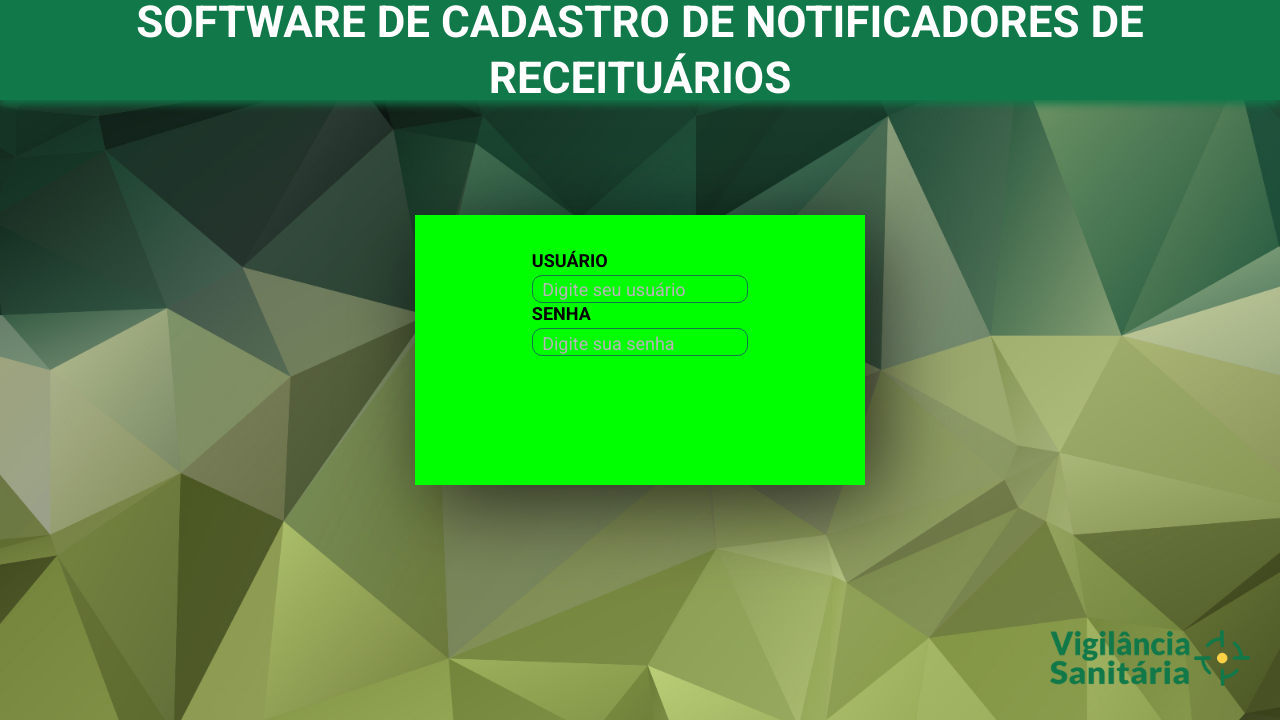
Repository: milena-rosa/web-prescription-notifier
Page: /
The author's editor kept a copy of each file at every save. The page is drawn from the files as they stood at one save, then again after the next save.
The browser window is 1280 px wide. The pictures show the whole page.
The project was rebuilt for these pictures with package versions that can differ from the ones it lists, and the page was loaded fresh each time. Also part of the build but not shown: src/pages/Home/styles.ts, src/pages/Home/index.tsx.

Above is the page before, as saved 2021-11-07 13:24:02.

After the next save:
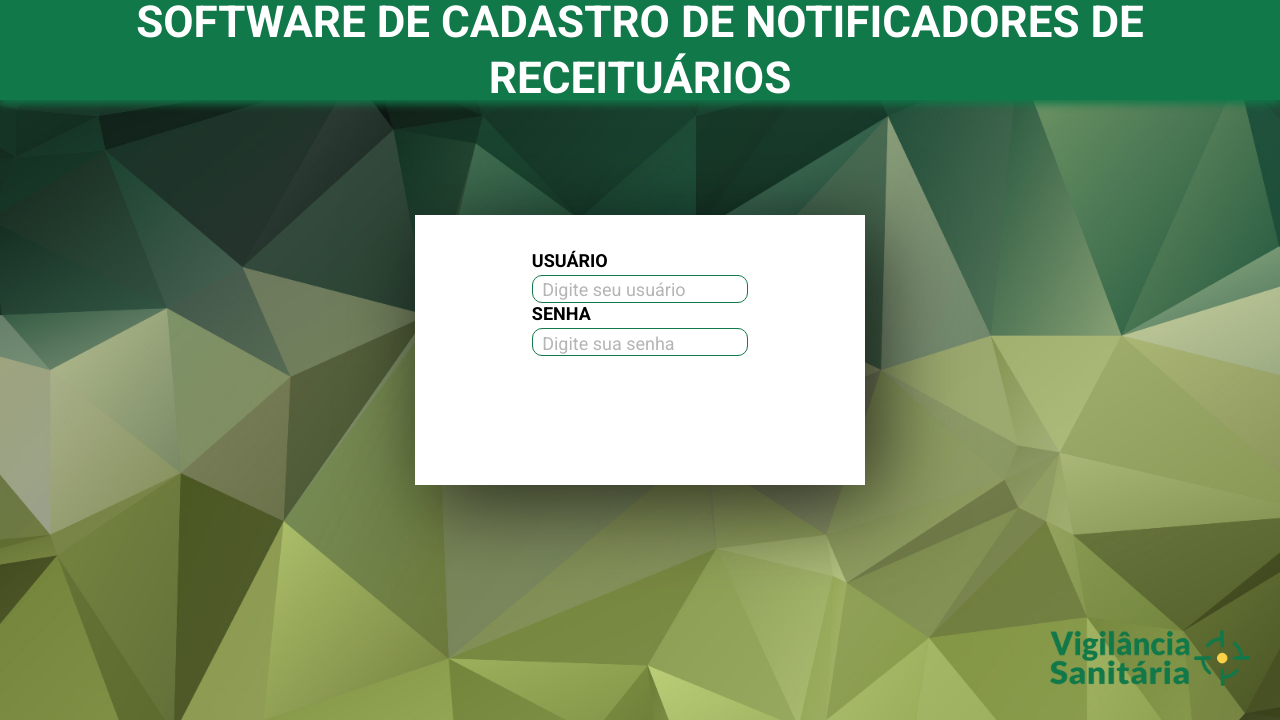
Saved 10 s later.
--- a/src/pages/SignIn/styles.ts
+++ b/src/pages/SignIn/styles.ts
@@ -35,7 +35,6 @@
   > div {
     align-items: center;
     background-color: var(--white);
-    background: lime;
     display: flex;
     filter: drop-shadow(15px 15px 42px rgba(0, 0, 0, 0.7));
     flex-direction: column;
